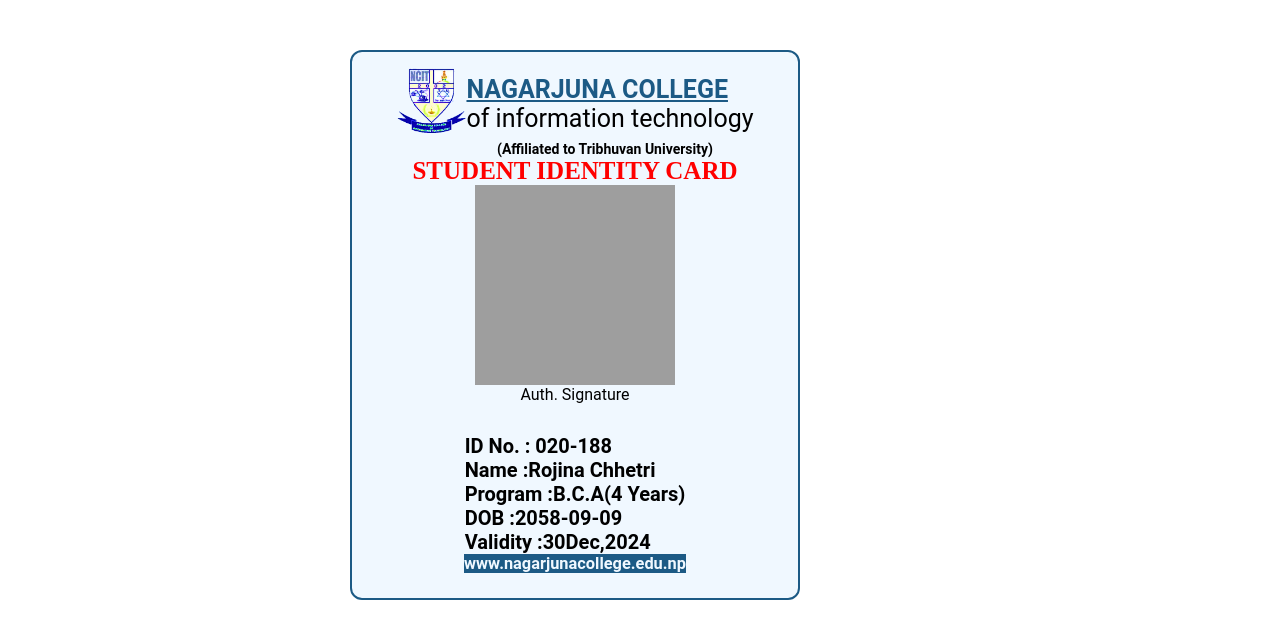
Repository: Rojinachhetri/roji
Page: rojina.html
The author's editor kept a copy of each file at every save. The page is drawn from the files as they stood at one save, then again after the next save.
The browser window is 1280 px wide. The pictures show the whole page.
Pictures or frames that could not be fetched are drawn as grey boxes.

Above is the page before, as saved 2023-04-24 23:09:10.

### rojina.html
<!DOCTYPE html>
<html lang="en">

<head>
    <meta charset="UTF-8">
    <meta http-equiv="X-UA-Compatible" content="IE=edge">
    <meta name="viewport" content="width=device-width, initial-scale=1.0">
    <title>Nagrajuna college</title>
    <link rel="stylesheet" href="rojina.css">
</head>

<body>
    <div class="container">
        <div class="hero">
            <div class="card_logo">
                <img src="logo1.png" alt="logo" height="70px" width="70px">
            </div>
            <div class="hero_text">
                <div class="name">NAGARJUNA COLLEGE</div>
                <div class="class1">of information technology</div>
            </div>
        </div>
        <div class="header">(Affiliated to Tribhuvan University)</div>
        <div class="student">STUDENT IDENTITY CARD</div>
        <div class="hero1">
            <img src="./rojinaa.jpg" alt="picture" height="200px" width="200px">
            <div>Auth. Signature</div>
        </div>
        <div class="id">
            <div>ID No. : 020-188</div>
            <div>Name :Rojina Chhetri</div>
            <div>Program :B.C.A(4 Years)</div>
            <div>DOB :2058-09-09</div>
            <div>Validity :30Dec,2024</div>
        </div>
        <div class="footer">
            <h3>www.nagarjunacollege.edu.np</h3>
        </div>
    </div>



</body>

</html>

### rojina.css
    * {
        box-sizing: border-box;
        padding: 0px;
        margin: 0px;
        font-family: RobotO, sans-serif;
    }

    .container {
        width: 450px;
        height: 550px;
        background-color: aliceblue;
        border: 2px solid #1c5a85;
        display: flex;
        flex-direction: column;
        align-items: center;
        margin: 50px 150px 50px 350px;
        padding: 0px 10px 10px 10px;
        border-radius: 12px 12px 12px 12px;
    }

    .hero {
        display: flex;
        flex-direction: row;
        align-items: center;
        margin-top: 15px;
    }

    .hero_text {
        font-size: 25px;
    }

    .hero_text .name {
        text-decoration: underline;
        color: #1c5a85;
        font-weight: bolder;
    }

    .header {
        font-size: 14px;
        font-weight: bold;
        margin-left: 60px;
    }

    .hero1 {
        display: flex;
        flex-direction: column;
        align-items: center;
    }

    .student {
        font-size: 25px;
        font-weight: bolder;
        font-family: 'Times New Roman', Times, serif;
        color: red;
    }

    .id {
        font-size: 20px;
        margin-top: 30px;
        font-weight: bold;
    }

    .footer {
        color: aliceblue;
        background: #1c5a85;
        font-size: 14px;
        font-weight: 500;
        /* text-align: center; */
    }

After the next save:
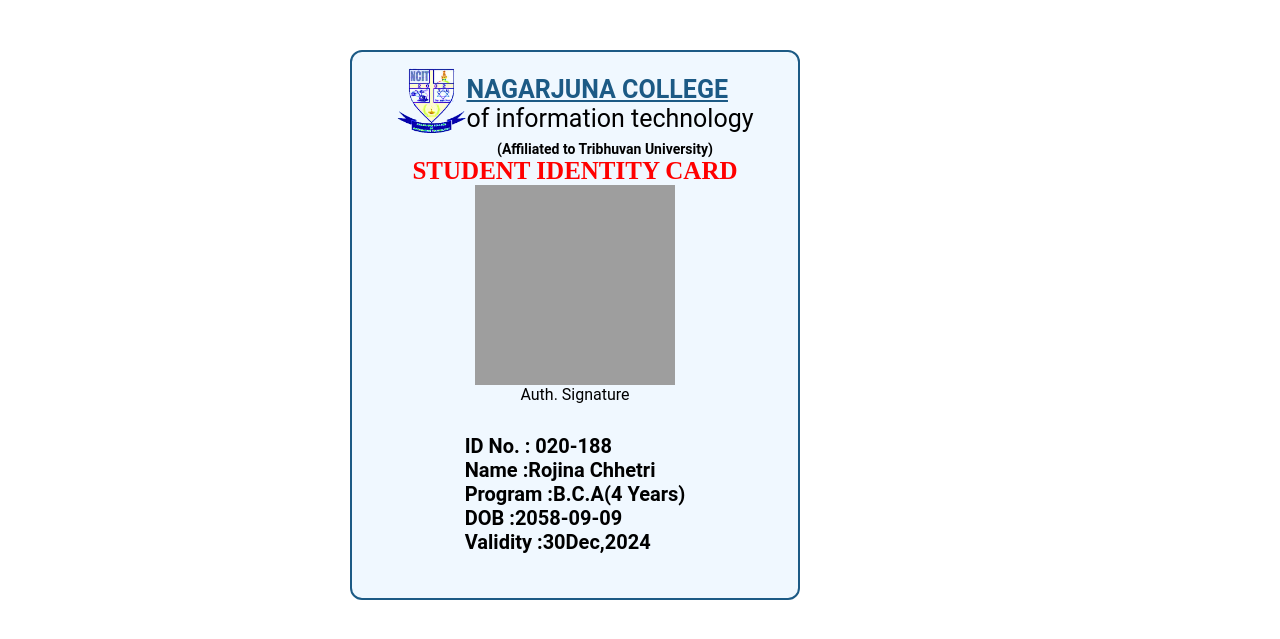
Saved 12 s later.
--- a/rojina.html
+++ b/rojina.html
@@ -33,9 +33,7 @@
             <div>DOB :2058-09-09</div>
             <div>Validity :30Dec,2024</div>
         </div>
-        <div class="footer">
-            <h3>www.nagarjunacollege.edu.np</h3>
-        </div>
+
     </div>
 
 
